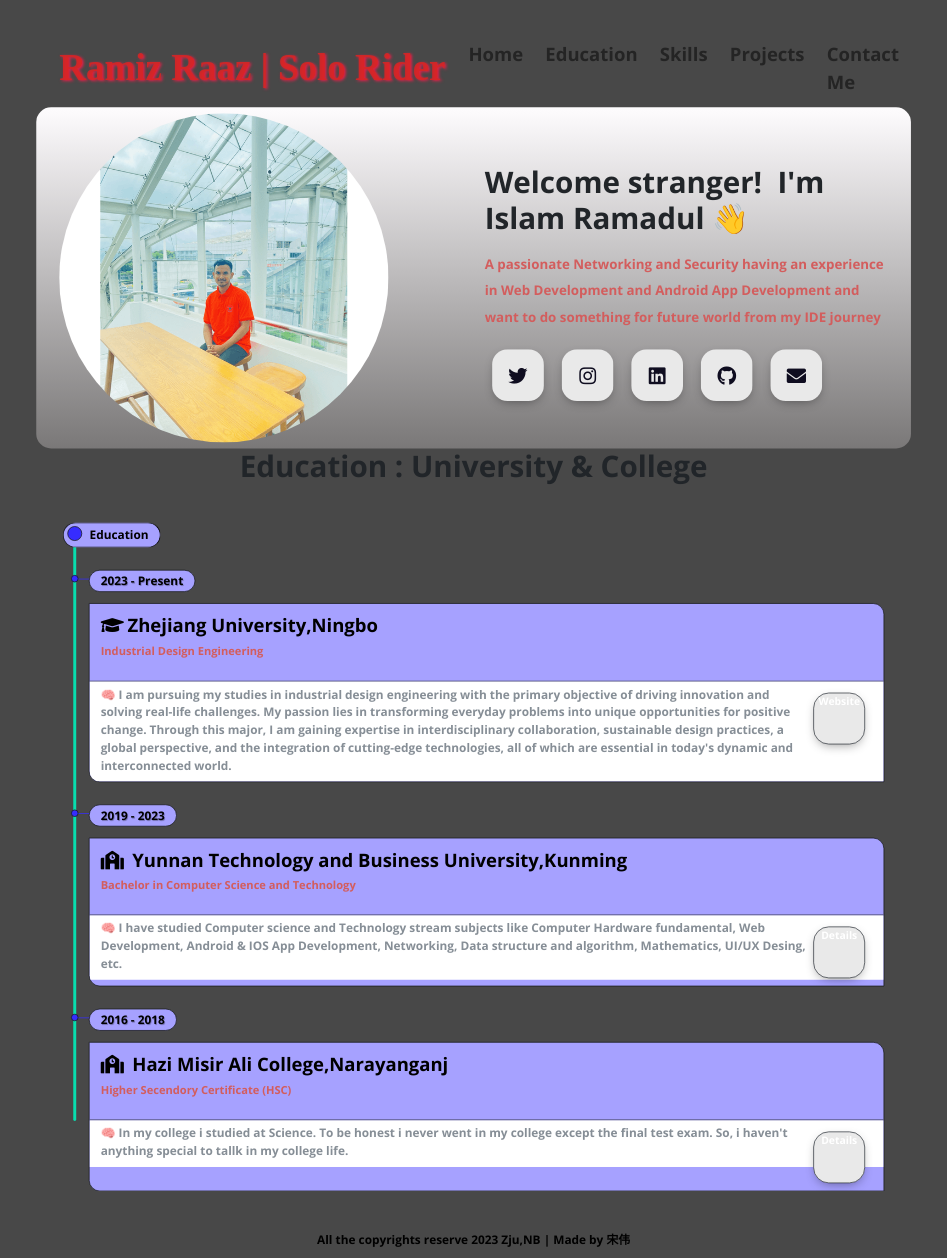
Repository: ramizraaz/ZjuProtfolio
Page: index.html
These files come from the project's save history. The page is drawn as it stood at one moment and after the next save; the edit follows.
The browser window is 1280 px wide. The pictures show the whole page, at 74% of full size.
Some web fonts or font styles are not loaded; a fallback is used. Some web libraries are served in a nearby version.

Above is the page before, as saved 2023-10-08 18:45:32.

### index.html
<!DOCTYPE html>
<html lang="en" dir="ltr">

<head>
    <meta charset="utf-8">
    <meta name="viewport" content="width=device-width,initial-scale=1">
    <title>宋伟's Profile | Personal website</title>
    <link rel="icon" href="Image/RR.png">
    <link rel="stylesheet" href="https://stackpath.bootstrapcdn.com/bootstrap/4.5.0/css/bootstrap.min.css" integrity="sha384-9aIt2nRpC12Uk9gS9baDl411NQApFmC26EwAOH8WgZl5MYYxFfc+NcPb1dKGj7Sk" crossorigin="anonymous">
    <link rel="stylesheet" href="style.css">
    <link href="https://fonts.googleapis.com/css2?family=Arizonia&family=Montserrat:wght@400;800&display=swap" rel="stylesheet">
    <link href="https://fonts.googleapis.com/css2?family=Open+Sans:wght@700&display=swap" rel="stylesheet">
    <link rel="stylesheet" href="https://use.fontawesome.com/releases/v5.4.1/css/all.css" />
    <link rel="stylesheet" href="https://cdnjs.cloudflare.com/ajax/libs/font-awesome/5.13.1/css/all.min.css">
    <script src="https://code.jquery.com/jquery-3.5.1.slim.min.js" integrity="sha384-DfXdz2htPH0lsSSs5nCTpuj/zy4C+OGpamoFVy38MVBnE+IbbVYUew+OrCXaRkfj" crossorigin="anonymous"></script>
    <script src="https://cdn.jsdelivr.net/npm/popper.js@1.16.0/dist/umd/popper.min.js" integrity="sha384-Q6E9RHvbIyZFJoft+2mJbHaEWldlvI9IOYy5n3zV9zzTtmI3UksdQRVvoxMfooAo" crossorigin="anonymous"></script>
    <script src="https://stackpath.bootstrapcdn.com/bootstrap/4.5.0/js/bootstrap.min.js" integrity="sha384-OgVRvuATP1z7JjHLkuOU7Xw704+h835Lr+6QL9UvYjZE3Ipu6Tp75j7Bh/kR0JKI" crossorigin="anonymous"></script>
</head>

<body class="container-fluid body_section">
    <header>
        <nav class="navbar navbar-expand-lg navbar-light ">
            <a class="navbar-brand brand-name" href="#">Ramiz Raaz | Solo Rider</a>
            <button class="navbar-toggler" type="button" data-toggle="collapse" data-target="#navbarSupportedContent" aria-controls="navbarSupportedContent" aria-expanded="false" aria-label="Toggle navigation">
                  <span class="navbar-toggler-icon"></span>
                </button>
            <div class="collapse navbar-collapse" id="navbarSupportedContent">
                <ul class="navbar-nav ml-auto">
                    <li class="nav-item">
                        <a class="nav-link headerachor" href="index.html">Home</a>
                    </li>

                    <li class="nav-item">
                        <a class="nav-link headerachor" href="#Education">Education</a>
                    </li>
                    <li class="nav-item">
                        <a class="nav-link headerachor" href="">Skills</a>
                    </li>
                    <li class="nav-item">
                        <a class="nav-link headerachor" href="">Projects</a>
                    </li>
                    <li class="nav-item">
                        <a class="nav-link headerachor" href="">Contact Me</a>
                    </li>
                </ul>
        </nav>
    </header>
    <!-- Intro Section -->
    <section id="Home">
        <div class="row column1">
            <div class="col-lg-6 col-md-6 first-image">
                <img class="boyimage" src="img/me.gif" alt="">
            </div>
            <div class="col-lg-6 section-1">
                <h1 class="Hello">Welcome stranger!&nbsp&nbspI'm Islam Ramadul <span class="wave">👋</span></h1>
                <p>A passionate Networking and Security having an experience in Web Development and Android App Development and want to do something for future world from my IDE journey</p>
                <div class=social_media_icon>
                    <a class="btn" href="https://twitter.com/ramiz_raaz" target=_blank>
                        <i class="fab fa-twitter"></i>
                    </a>
                    <a class="btn" href="https://www.instagram.com/ramiz_raaz/" target=_blank>
                        <i class="fab fa-instagram"></i>
                    </a>
                    <a class="btn" href="https://www.linkedin.com/" target=_blank>
                        <i class="fab fa-linkedin" aria-hidden="true"></i>
                    </a>
                    <a class="btn" href="https://github.com/ramizraaz" target=_blank>
                        <i class="fab fa-github"></i>
                    </a>
                    <a class="btn" href="mailto:romiz.romeo.raaz@gmail.com/" target=_blank>
                        <i class="fa fa-envelope"></i>
                    </a>
                </div>
            </div>
    </section>
    <!-- Education Section -->
    <section id="Education">
        <div class="container">
            <div class="Heading">
                <h1>Education : University & College</h1>
                <br>
            </div>
            <div class="timeline">
                <div class="timeline-month">
                    Education
                </div>
                <div class="timeline-section">
                    <div class="timeline-date">
                        2023 - Present
                    </div>
                    <div class="row">
                        <div class="col-lg">
                            <div class="timeline-box">
                                <div class="box-title">
                                    <i class="fas fa-graduation-cap" aria-hidden="true"></i>Zhejiang University,Ningbo
                                    <p class="degree">Industrial Design Engineering</p>
                                </div>
                                <div class="box-content">
                                    <a class="btn btn-sm btn-dark float-right" role="button" href="https://www.zju.edu.cn/english/" target=_blank style="color: white;">Website</a>
                                    <div class="box-item">🧠 I am pursuing my studies in industrial design engineering with the primary objective of driving innovation and solving real-life challenges. My passion lies in transforming everyday problems into unique opportunities
                                        for positive change. Through this major, I am gaining expertise in interdisciplinary collaboration, sustainable design practices, a global perspective, and the integration of cutting-edge technologies, all of which
                                        are essential in today's dynamic and interconnected world.</div>
                                </div>
                            </div>
                        </div>
                    </div>
                </div>

                <div class="timeline-section">
                    <div class="timeline-date">
                        2019 - 2023
                    </div>
                    <div class="row">
                        <div class="col-lg">
                            <div class="timeline-box">
                                <div class="box-title">
                                    <i class="fas fa-school" aria-hidden="true"></i> Yunnan Technology and Business University,Kunming
                                    <p class="degree">Bachelor in Computer Science and Technology</p>
                                </div>
                                <div class="box-content">
                                    <a class="btn btn-sm btn-dark float-right" role="button" style="color: white;">Details</a>
                                    <div class="box-item">🧠 I have studied Computer science and Technology stream subjects like Computer Hardware fundamental, Web Development, Android & IOS App Development, Networking, Data structure and algorithm, Mathematics, UI/UX Desing,
                                        etc.
                                    </div>

                                </div>
                            </div>
                        </div>
                    </div>
                </div>

                <div class="timeline-section">
                    <div class="timeline-date">
                        2016 - 2018
                    </div>
                    <div class="row">
                        <div class="col-lg">
                            <div class="timeline-box">
                                <div class="box-title">
                                    <i class="fas fa-school" aria-hidden="true"></i> Hazi Misir Ali College,Narayanganj
                                    <p class="degree"> Higher Secendory Certificate (HSC)</p>
                                </div>
                                <div class="box-content">
                                    <a class="btn btn-sm btn-dark float-right" role="button" style="color: white;">Details</a>
                                    <div class="box-item">🧠 In my college i studied at Science. To be honest i never went in my college except the final test exam. So, i haven't anything special to tallk in my college life.</div>
                                    <div class="box-item"><b>

                                </div>
                            </div>
                        </div>
                    </div>
                </div>
            </div>
        </div>
    </section>

    </form>
    <footer class=footer>All the copyrights reserve 2023 Zju,NB | Made by 宋伟</footer>
</body>

</html>

### style.css
body {
    font-family: 'Open Sans', sans-serif;
    margin: 0;
    background: #b1adad;
    animation: pulse 10s infinite;
}

@keyframes pulse {
    0% {
        background: #F2F2F2;
    }
    10% {
        background: #FFFFFF;
    }
    20% {
        background: #d6d6d6e2;
        ;
    }
    30% {
        background: #acacacd8;
    }
    40% {
        background: #6b6b6bcf;
    }
    50% {
        background: #484848;
    }
    60% {
        background: #292929c8;
    }
    70% {
        background: #2f2e2ebc;
    }
    80% {
        background: #242424bb;
    }
    90% {
        background: #1e1e1ef7;
    }
    100% {
        background: #a6a6a6;
    }
}

.body_section {
    padding: 3% 5% 1%;
}

p {
    font-size: 18px;
}

a {
    text-decoration: none;
}

@font-face {
    font-family: "Lovely Home";
    src: local('Lovely Home'), url("Image/LovelyHome-9aBZ.ttf") format('truetype');
}

.brand-name,
.navbar-light .navbar-brand {
    font-family: "Lovely Home";
    font-size: 50px;
    font-weight: bold;
    color: #d72525e4;
    text-shadow: 2px 2px 4px #e71f4a;
}

.headerachor {
    margin: 0 7px 0 7px;
    border-radius: 15px;
    font-size: 25px;
}

.headerachor:hover {
    background-color: #ffffff82;
}


/* Section 1 */

.column1 {
    background-image: linear-gradient(#fefcfe, #7a7878);
    padding: 8px 16px;
    border-radius: 20px;
}

.section-1 {
    margin-top: 6%;
    text-align: left;
    position: relative;
}

span.wave {
    animation-name: wave-animation;
    animation-duration: 2.5s;
    animation-iteration-count: infinite;
    transform-origin: 70% 70%;
    display: inline-block;
}

@keyframes wave-animation {
    0% {
        transform: rotate( 0.0deg)
    }
    10% {
        transform: rotate(-10.0deg)
    }
    20% {
        transform: rotate( 12.0deg)
    }
    30% {
        transform: rotate(-10.0deg)
    }
    40% {
        transform: rotate( 9.0deg)
    }
    50% {
        transform: rotate( 0.0deg)
    }
    100% {
        transform: rotate( 0.0deg)
    }
}

.boyimage {
    height: 445px;
    border-radius: 50%;
}

@media only screen and (max-width: 1183px) {
    .first-image {
        right: 160px;
    }
}

.Image-boy {
    text-align: center;
    align-items: center;
}

@media only screen and (min-width:951px) {
    .Image-boy {
        display: none;
    }
}

.Hello {
    margin-bottom: 20px;
}

p {
    line-height: 2;
    color: #d35d5d;
}

.btn {
    display: inline-block;
    width: 4.37rem;
    height: 4.37rem;
    background: #e9e9e9;
    padding: 0px 0px;
    margin: 10px;
    border-radius: 30%;
    box-shadow: 0 5px 15px -5px #00000070;
    color: #0f0d20;
    overflow: hidden;
    position: relative;
}

.btn i {
    line-height: 70px;
    font-size: 1.625rem;
    transition: 0.2s linear;
}

.btn:hover i {
    transform: scale(1.3);
    color: #f1f1f1;
}

.btn::before {
    content: "";
    position: absolute;
    width: 120%;
    height: 120%;
    background: #f37312;
    transform: rotate(45deg);
    left: -110%;
    top: 90%;
}

.btn:hover::before {
    animation: aaa 0.7s 1;
    top: -10%;
    left: -10%;
}

@media only screen and (max-width:470px) {
    .btn {
        width: 2.5rem;
        height: 2.5rem;
        margin: 7px;
    }
    .btn i {
        line-height: 40px;
        font-size: 1em;
    }
}


/* Education CSS */

.Heading {
    text-align: center;
}

.timeline {
    margin-top: 20px;
    position: relative;
}

.timeline:before {
    position: absolute;
    content: '';
    width: 4px;
    height: calc(100% - 100px);
    background: #08ddaf;
    left: 14px;
    top: 5px;
    border-radius: 4px;
}

.timeline-month {
    color: black;
    position: relative;
    padding: 4px 15px 4px 35px;
    background-color: #a6a1ff;
    display: inline-block;
    width: auto;
    border-radius: 40px;
    border: 1px solid #17191B;
    border-right-color: black;
    margin-bottom: 30px;
}

.timeline-month span {
    position: absolute;
    top: -1px;
    left: calc(100% - 100px);
    z-index: -1;
    white-space: nowrap;
    display: inline-block;
    background-color: #111;
    padding: 4px 10px 4px 20px;
    border-top-right-radius: 40px;
    border-bottom-right-radius: 40px;
    border: 1px solid black;
    box-sizing: border-box;
}

.timeline-month:before {
    position: absolute;
    content: '';
    width: 20px;
    height: 20px;
    background: #362CFF;
    border-radius: 100%;
    border: 1px solid #17191B;
    left: 5px;
}

.timeline-section {
    padding-left: 35px;
    display: block;
    position: relative;
    margin-bottom: 30px;
}

.timeline-date {
    margin-bottom: 15px;
    padding: 2px 15px;
    background: #a6a1ff;
    position: relative;
    display: inline-block;
    border-radius: 20px;
    border: 1px solid #17191B;
    color: black;
    text-shadow: 1px 1px 1px rgba(0, 0, 0, 0.3);
}

.timeline-section:before {
    content: '';
    position: absolute;
    width: 30px;
    height: 1px;
    background-color: #362CFF;
    top: 12px;
    left: 20px;
}

.timeline-section:after {
    content: '';
    position: absolute;
    width: 10px;
    height: 10px;
    background: #362CFF;
    top: 7px;
    left: 11px;
    border: 1px solid #17191B;
    border-radius: 100%;
}

.timeline-box {
    position: relative;
    color: black;
    background-color: #a6a1ff;
    border-radius: 15px;
    border-top-left-radius: 0px;
    border-bottom-right-radius: 0px;
    border: 1px solid #17191B;
    transition: all 0.3s ease;
    overflow: hidden;
}

.box-icon {
    position: absolute;
    right: 5px;
    top: 0px;
}

.box-title {
    padding: 10px 15px;
    font-size: 25px;
    border-bottom: 1px solid #17191B;
}

.degree {
    font-size: 15px;
}

.box-title i {
    margin-right: 5px;
}

.box-content {
    padding: 5px 15px;
    background-color: white;
}

.box-item {
    margin-bottom: 5px;
    color: #868e96;
    font-weight: 400;
}

.certificate {
    padding-top: 20px;
}

.certificate-text {
    text-align: center;
}

.box-shadow {
    box-shadow: 5px 5px 5px #d9dbdf;
}

footer {
    padding-top: 2%;
    color: #000000;
    text-align: center;
}

After the next save:
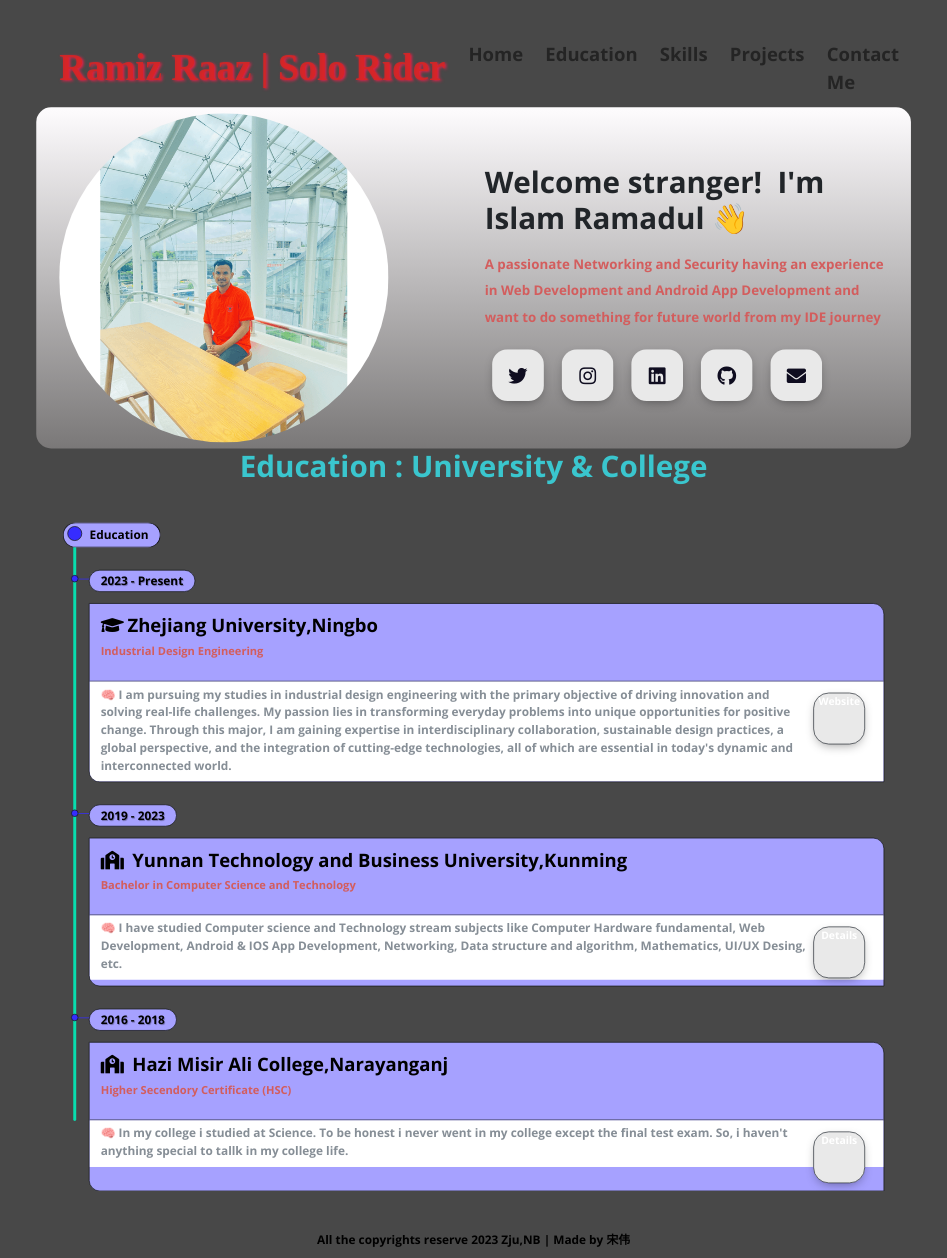
Saved 42 s later.
--- a/style.css
+++ b/style.css
@@ -215,6 +215,7 @@ p {
 
 .Heading {
     text-align: center;
+    color: #3ac6ce;
 }
 
 .timeline {
